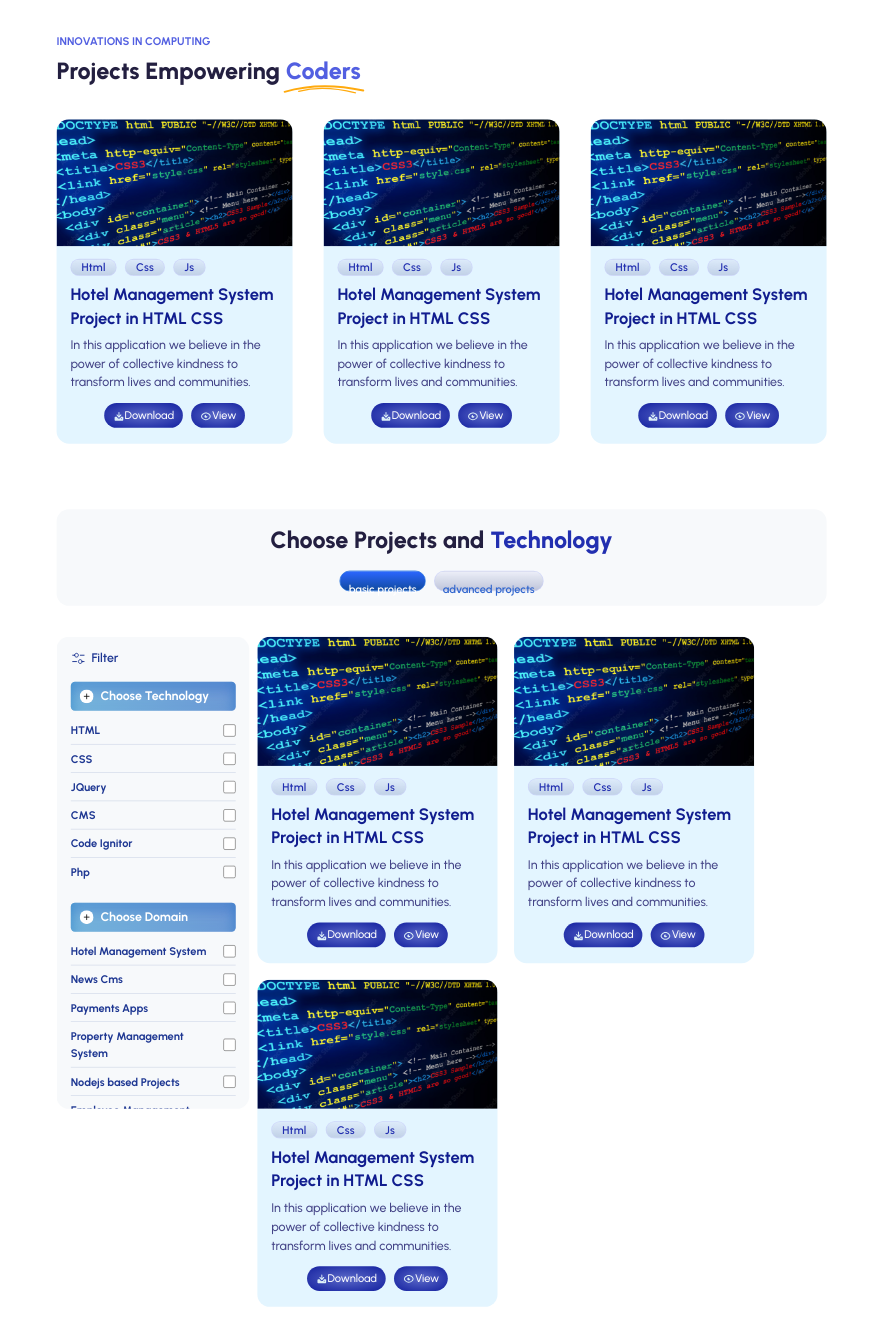
Repository: sharma171/jtccreativeideas
Page: /newsection (app in nextjssite/)
These files come from the project's save history. The page is drawn as it stood at one moment and after the next save; the edit follows.
The browser window is 1280 px wide. The pictures show the whole page, at 69% of full size.
The project was rebuilt for these pictures with package versions that can differ from the ones it lists, and the page was loaded fresh each time. The framework's server and built-in components were replaced by stand-ins that run in the browser. Also part of the build but not shown: nextjssite/next.config.mjs.

Above is the page before, as saved 2024-03-30 18:48:27.

### nextjssite/src/app/layout.js
// import { Inter } from "next/font/google";
// import "./globals.css";
import 'bootstrap/dist/css/bootstrap.min.css';

// const inter = Inter({ subsets: ["latin"] });

export const metadata = {
  title: "Create Next App",
  description: "Generated by create next app",
};

 const RootLayout = ({ children }) => {
  return (
    <html lang="en">
      <body>
        {/* Layout UI */}
        <main>{children}</main>
      </body>
    </html>
  )
}
export default RootLayout;

### nextjssite/src/app/newsection/page.jsx
import React from 'react'
import "./page.css"
import Headicon from "./after-head-icon.svg"
import Image from 'next/image'
import Link from 'next/link'
import Projimg1 from './images/projsection1.png'
import Projimg2 from './images/projsection2.png'
import Projimg3 from './images/projsection3.png'
import Downloadicon from './images/Download-icon.svg'
import Viewicon from './images/view-icon.svg'
const Page = () => {
    return(
        <>
        <section className="projects">
            <div className="container">
                <div className="col-flex main-head">
                    <h5 className="small-head">Innovations in Computing</h5>
                    <h3 className="bghead">Projects Empowering <span>Coders
                        <Image src={Headicon}></Image></span></h3>
                </div>
                <ul className="project-cards">
                    <li>

                        <div className="card-inner">
                            <Image src={Projimg1} alt="project" className="thumb"></Image>
                            <div className="info">
                                <div className="tech-info">
                                    <span>Html</span>
                                    <span>Css</span>
                                    <span>Js</span>
                                </div>
                                <Link href="/newsection" className="text-link">
                                    <h3 className="heading">
                                        Hotel Management System Project in HTML CSS
                                    </h3>
                                </Link>
                                <p className="cardpara">
                                    In this application we believe in the power of collective kindness to transform lives and communities.
                                </p>
                                <div className="card-button">
                                    <a href="" className="bot-button">
                                        <Image src={Downloadicon} alt='icon'></Image>
                                        Download
                                    </a>
                                    <a href="" className="bot-button">
                                        <Image src={Viewicon} alt='icon'></Image>
                                        View
                                    </a>
                                </div>
                            </div>
                        </div>
                    </li>
                    <li>

                            <div className="card-inner">
                                <Image src={Projimg1} alt="project" className="thumb"></Image>
                                <div className="info">
                                    <div className="tech-info">
                                        <span>Html</span>
                                        <span>Css</span>
                                        <span>Js</span>
                                    </div>
                                    <Link href="/newsection" className="text-link">
                                        <h3 className="heading">
                                            Hotel Management System Project in HTML CSS
                                        </h3>
                                    </Link>
                                    <p className="cardpara">
                                        In this application we believe in the power of collective kindness to transform lives and communities.
                                    </p>
                                    <div className="card-button">
                                        <a href="" className="bot-button">
                                            <Image src={Downloadicon} alt='icon'></Image>
                                            Download
                                        </a>
                                        <a href="" className="bot-button">
                                            <Image src={Viewicon} alt='icon'></Image>
                                            View
                                        </a>
                                    </div>
                                </div>
                            </div>
                    </li>
                    <li>

                            <div className="card-inner">
                                <Image src={Projimg1} alt="project" className="thumb"></Image>
                                <div className="info">
                                    <div className="tech-info">
                                        <span>Html</span>
                                        <span>Css</span>
                                        <span>Js</span>
                                    </div>
                                    <Link href="/newsection" className="text-link">
                                        <h3 className="heading">
                                            Hotel Management System Project in HTML CSS
                                        </h3>
                                    </Link>
                                    <p className="cardpara">
                                        In this application we believe in the power of collective kindness to transform lives and communities.
                                    </p>
                                    <div className="card-button">
                                        <a href="" className="bot-button">
                                            <Image src={Downloadicon} alt='icon'></Image>
                                            Download
                                        </a>
                                        <a href="" className="bot-button">
                                            <Image src={Viewicon} alt='icon'></Image>
                                            View
                                        </a>
                                    </div>
                                </div>
                            </div>
                    </li>
                </ul>
            </div>
        </section>
        <section className="project-category">
            <div className="container">
                <div className="ecom-head">
                    <h2 className="top-head">Choose Projects and <span>Technology</span></h2>
                    <div className="tabs">
                        <div className="tab-button active">basic projects</div>
                        <div className="tab-button">advanced projects</div>
                    </div>
                </div>
                <div class="row ecompad">
                    <div class="col-md-3 ecom-filter">
                        <div className="icon-tophead">
                            <svg width="24" height="24" viewBox="0 0 24 24" fill="none" xmlns="http://www.w3.org/2000/svg">
                                <path d="M3 7H6M6 7C6 8.65685 7.34315 10 9 10C10.6569 10 12 8.65685 12 7C12 5.34315 10.6569 4 9 4C7.34315 4 6 5.34315 6 7ZM3 17H9M18 17H21M18 17C18 18.6569 16.6569 20 15 20C13.3431 20 12 18.6569 12 17C12 15.3431 13.3431 14 15 14C16.6569 14 18 15.3431 18 17ZM15 7H21" stroke="#1E3792" stroke-width="1.5" stroke-linecap="round"/>
                            </svg>
                            <h3 className="head">
                                Filter
                            </h3>
                        </div>
                        <div className="filter-head">
                            <svg width="20" height="20" viewBox="0 0 20 20" fill="none" xmlns="http://www.w3.org/2000/svg">
                                <circle cx="10" cy="10" r="10" fill="white"/>
                                <path id="one" d="M6.5 10H13.5" stroke="#121212" stroke-width="1.2" stroke-linecap="round" stroke-linejoin="round"/>
                                <path id="two" d="M10 13.6L10 6.59998" stroke="#121212" stroke-width="1.2" stroke-linecap="round" stroke-linejoin="round"/>
                            </svg>
                            <h3 className="head">Choose Technology</h3>
                        </div>
                        <ul className="filter-techlist">
                            <li><label htmlFor="checklist1">HTML</label><input type="checkbox" id="checklist1" /></li>
                            <li><label htmlFor="checklist2">CSS</label><input type="checkbox" id="checklist2" /></li>
                            <li><label htmlFor="checklist3">JQuery</label><input type="checkbox" id="checklist3" /></li>
                            <li><label htmlFor="checklist3">CMS</label><input type="checkbox" id="checklist3" /></li>
                            <li><label htmlFor="checklist3">Code Ignitor</label><input type="checkbox" id="checklist3" /></li>
                            <li><label htmlFor="checklist3">Php</label><input type="checkbox" id="checklist3" /></li>
                        </ul>
                        <div className="filter-head">
                            <svg width="20" height="20" viewBox="0 0 20 20" fill="none" xmlns="http://www.w3.org/2000/svg">
                                <circle cx="10" cy="10" r="10" fill="white"/>
                                <path id="one" d="M6.5 10H13.5" stroke="#121212" stroke-width="1.2" stroke-linecap="round" stroke-linejoin="round"/>
                                <path id="two" d="M10 13.6L10 6.59998" stroke="#121212" stroke-width="1.2" stroke-linecap="round" stroke-linejoin="round"/>
                            </svg>
                            <h3 className="head">Choose Domain</h3>
                        </div>
                        <ul className="filter-techlist">
                            <li><label htmlFor="checklist1">Hotel Management System</label><input type="checkbox" id="checklist1" /></li>
                            <li><label htmlFor="checklist2">News Cms</label><input type="checkbox" id="checklist2" /></li>
                            <li><label htmlFor="checklist3">Payments Apps</label><input type="checkbox" id="checklist3" /></li>
                            <li><label htmlFor="checklist3">Property Management System</label><input type="checkbox" id="checklist3" /></li>
                            <li><label htmlFor="checklist3">Nodejs based Projects</label><input type="checkbox" id="checklist3" /></li>
                            <li><label htmlFor="checklist3">Employee Management System</label><input type="checkbox" id="checklist3" /></li>
                        </ul>
                    </div>
                    <div class="col-md-8 ecom-content">
                    <ul className="project-cards">
                        <li>

                            <div className="card-inner">
                                <Image src={Projimg1} alt="project" className="thumb"></Image>
                                <div className="info">
                                    <div className="tech-info">
                                        <span>Html</span>
                                        <span>Css</span>
                                        <span>Js</span>
                                    </div>
                                    <Link href="/newsection" className="text-link">
                                        <h3 className="heading">
                                            Hotel Management System Project in HTML CSS
                                        </h3>
                                    </Link>
                                    <p className="cardpara">
                                        In this application we believe in the power of collective kindness to transform lives and communities.
                                    </p>
                                    <div className="card-button">
                                        <a href="" className="bot-button">
                                            <Image src={Downloadicon} alt='icon'></Image>
                                            Download
                                        </a>
                                        <a href="" className="bot-button">
                                            <Image src={Viewicon} alt='icon'></Image>
                                            View
                                        </a>
                                    </div>
                                </div>
                            </div>
                        </li>
                        <li>

                                <div className="card-inner">
                                    <Image src={Projimg1} alt="project" className="thumb"></Image>
                                    <div className="info">
                                        <div className="tech-info">
                                            <span>Html</span>
                                            <span>Css</span>
                                            <span>Js</span>
                                        </div>
                                        <Link href="/newsection" className="text-link">
                                            <h3 className="heading">
                                                Hotel Management System Project in HTML CSS
                                            </h3>
                                        </Link>
                                        <p className="cardpara">
                                            In this application we believe in the power of collective kindness to transform lives and communities.
                                        </p>
                                        <div className="card-button">
                                            <a href="" className="bot-button">
                                                <Image src={Downloadicon} alt='icon'></Image>
                                                Download
                                            </a>
                                            <a href="" className="bot-button">
                                                <Image src={Viewicon} alt='icon'></Image>
                                                View
                                            </a>
                                        </div>
                                    </div>
                                </div>
                        </li>
                        <li>

                                <div className="card-inner">
                                    <Image src={Projimg1} alt="project" className="thumb"></Image>
                                    <div className="info">
                                        <div className="tech-info">
                                            <span>Html</span>
                                            <span>Css</span>
                                            <span>Js</span>
                                        </div>
                                        <Link href="/newsection" className="text-link">
                                            <h3 className="heading">
                                                Hotel Management System Project in HTML CSS
                                            </h3>
                                        </Link>
                                        <p className="cardpara">
                                            In this application we believe in the power of collective kindness to transform lives and communities.
                                        </p>
                                        <div className="card-button">
                                            <a href="" className="bot-button">
                                                <Image src={Downloadicon} alt='icon'></Image>
                                                Download
                                            </a>
                                            <a href="" className="bot-button">
                                                <Image src={Viewicon} alt='icon'></Image>
                                                View
                                            </a>
                                        </div>
                                    </div>
                                </div>
                        </li>
                    </ul>
                    </div>
                </div>
            </div>
        </section>
        </>
    )
}
export default Page;

Loaded but not shown: nextjssite/src/app/newsection/page.css (408 lines, source omitted)

After the next save:
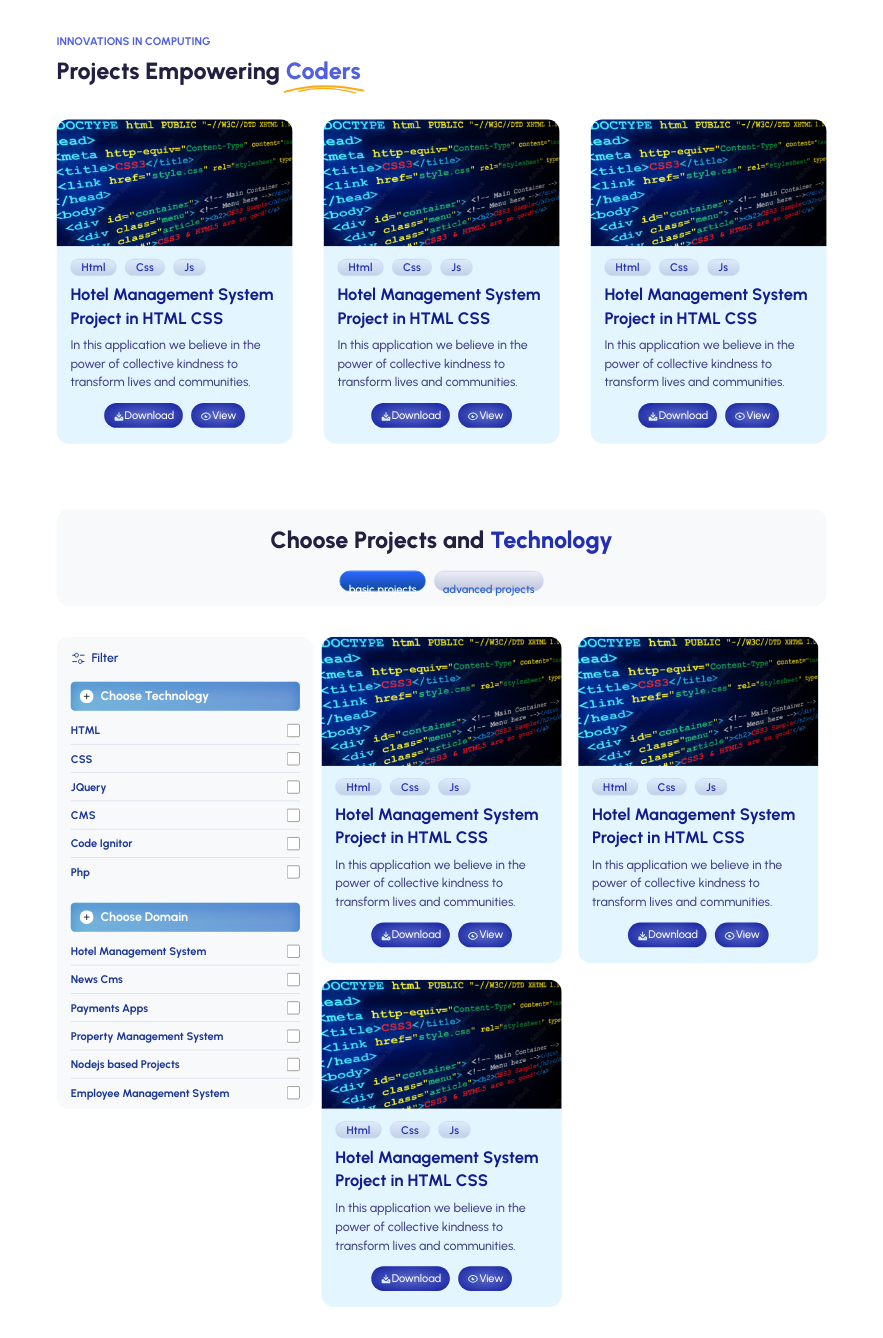
Saved 39 s later.
--- a/nextjssite/src/app/newsection/page.jsx
+++ b/nextjssite/src/app/newsection/page.jsx
@@ -125,7 +125,7 @@ const Page = () => {
                     </div>
                 </div>
                 <div class="row ecompad">
-                    <div class="col-md-3 ecom-filter">
+                    <div class="col-md-4 ecom-filter">
                         <div className="icon-tophead">
                             <svg width="24" height="24" viewBox="0 0 24 24" fill="none" xmlns="http://www.w3.org/2000/svg">
                                 <path d="M3 7H6M6 7C6 8.65685 7.34315 10 9 10C10.6569 10 12 8.65685 12 7C12 5.34315 10.6569 4 9 4C7.34315 4 6 5.34315 6 7ZM3 17H9M18 17H21M18 17C18 18.6569 16.6569 20 15 20C13.3431 20 12 18.6569 12 17C12 15.3431 13.3431 14 15 14C16.6569 14 18 15.3431 18 17ZM15 7H21" stroke="#1E3792" stroke-width="1.5" stroke-linecap="round"/>
